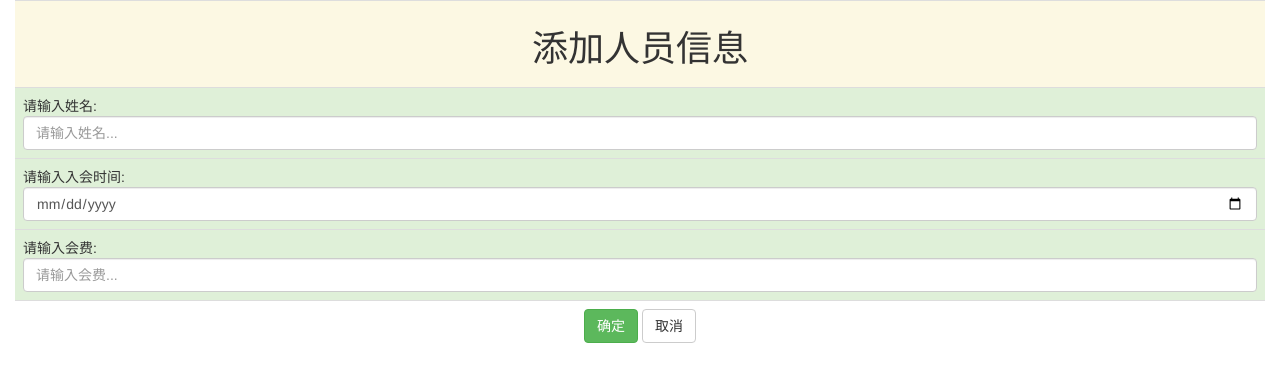
Repository: HelloChuang/HelloChuang-EclipseWorkSpace
Page: http://localhost/RetestSpringMVC_1/user_update.jsp
An editor plug-in stored every save of this project. The page is shown before and after the next save, followed by the edit.
The browser window is 1280 px wide. The pictures show the whole page.
The page is served by Tomcat 9. Nobody is signed in. The application's start-up code is not run.

Above is the page before, as saved 2018-11-04 12:14:20.

After the next save:
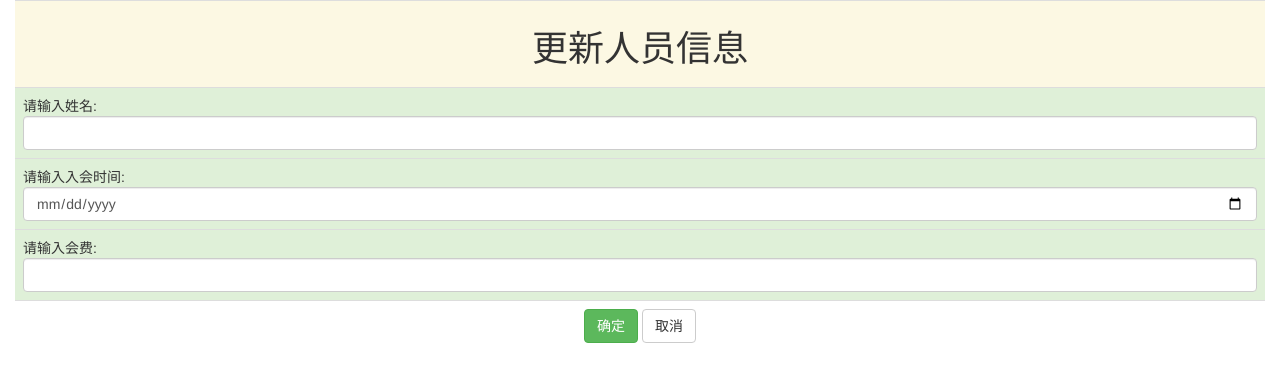
Saved 54 s later.
--- a/EclipseWorkSpace/RetestSpringMVC_1/src/main/webapp/user_update.jsp
+++ b/EclipseWorkSpace/RetestSpringMVC_1/src/main/webapp/user_update.jsp
@@ -16,17 +16,17 @@
 <title>添加人员</title>
 </head>
 <body>
-		<form action="userAdd" method="post" class="col-xs-12">
+		<form action="userUpdate" method="post" class="col-xs-12">
 			<table class="table table-hover">
-				<tr class="warning" align="center"><td><h1>添加人员信息</h1></td></tr>
+				<tr class="warning" align="center"><td><h1>更新人员信息</h1></td></tr>
 				<tr class="success">
-				<td>请输入姓名:<input class="form-control" type="text" name="uname" required placeholder="请输入姓名..."/></td>
+				<td>请输入姓名:<input class="form-control" type="text" name="uname" /></td>
 				</tr>
 				<tr class="success">
-				<td>请输入入会时间:<input class="form-control"type="date" name="udate" required placeholder="请输入入会时间..."/></td>
+				<td>请输入入会时间:<input class="form-control"type="date" name="udate" /></td>
 				</tr>
 				<tr class="success">
-				<td>请输入会费:<input class="form-control"type="number" name="umoney" required placeholder="请输入会费..."/></td>
+				<td>请输入会费:<input class="form-control"type="number" name="umoney" /></td>
 				</tr>
 				<tr align="center">
 					<td>
